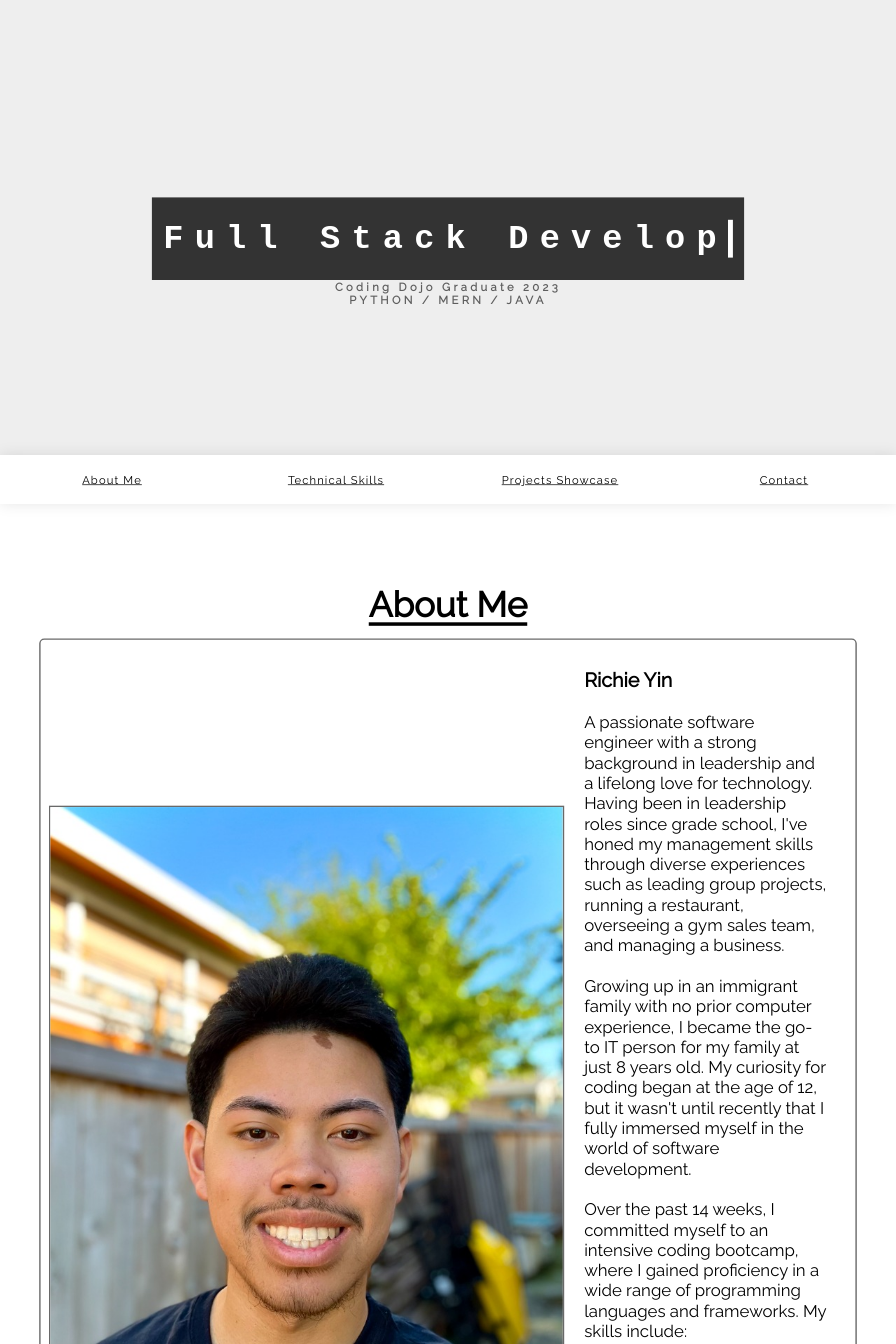
Repository: RICHIE-YIN/Personal-Portfolio
Page: index.html
These files come from the project's save history. The page is drawn as it stood at one moment and after the next save; the edit follows.
The browser window is 1280 px wide. The pictures show the part of the page from y = 0 to 1920 px (the page is 4269 px tall before and 4373 px after), at 70% of full size.
Some web fonts or font styles are not loaded; a fallback is used.

Above is the page before, as saved 2023-06-12 17:48:54.
Console error: ReferenceError: $ is not defined

### index.html
<!DOCTYPE html>
<html lang="en">
<head>
    <meta charset="UTF-8">
    <meta http-equiv="X-UA-Compatible" content="IE=edge">
    <meta name="viewport" content="width=device-width, initial-scale=1.0">
    <title>Document</title>
    <link rel="stylesheet" href="styles.css">
    <style></style>
    <style>
        @import url('https://fonts.googleapis.com/css2?family=Balsamiq+Sans&family=Raleway&family=Roboto&display=swap');
    </style>
</head>
<body>
    <div class="contianer">
        <section class="et-hero-tabs">
            <div class="typewriter">
                <h1 id="text">Richie Yin</h1>
            </div>
            <h3>Coding Dojo Graduate 2023</h3>
            <h3>PYTHON / MERN / JAVA</h3>
            <div id="navbar" class="et-hero-tabs-container">
                <a class="et-hero-tab" href="#profile-section">About Me</a>
                <a class="et-hero-tab" href="#skills-section">Technical Skills</a>
                <a class="et-hero-tab" href="#section5">Projects Showcase</a>
                <a class="et-hero-tab" href="#section7">Contact</a>
                <span class="et-hero-tab-slider"></span>
            </div>

        </section>
        <br>
        <br>
        <br>
        <br>
        <br>
        <br>
        <div id="profile-section" class="profile-section">
            <h1 id="about-me">About Me</h1>
            <br>
            <div class="profile-content">
                <img src="download.jpeg" alt="picture">
                <div class="profile-text">
                    <h3>Richie Yin</h3>
                    <br>
                    <p>A passionate software engineer with a strong background in leadership and a lifelong love for technology. Having been in leadership roles since grade school, I've honed my management skills through diverse experiences such as leading group projects, running a restaurant, overseeing a gym sales team, and managing a business.
                    <br>
                    <br>
                    <p>Growing up in an immigrant family with no prior computer experience, I became the go-to IT person for my family at just 8 years old. My curiosity for coding began at the age of 12, but it wasn't until recently that I fully immersed myself in the world of software development.
                    <br>
                    <br>
                    <p>Over the past 14 weeks, I committed myself to an intensive coding bootcamp, where I gained proficiency in a wide range of programming languages and frameworks. My skills include:</p>
                    <br>
                    <ul>
                        <li><strong>Web Fundamentals:</strong> HTML5 / CSS3 / JavaScript / jQuery</li>
                        <li><strong>Python:</strong> Python / Flask / Flask + MySQL</li>
                        <li><strong>MERN:</strong> JavaScript / MongoDB / Express / React / Node.js / Deployment</li>
                        <li><strong>Java:</strong> Java / Spring / Java + MySQL</li>
                        <li><strong>Databases:</strong> MongoDB / MySQL</li>
                        <li><strong>Extras:</strong> APIs / RESTful Routing / Git / Github</li>
                    </ul>
                    <br>
                    <a href="https://docs.google.com/document/d/1qb6DIM2U-Qcg0YsSM7015CJVzUlQM7WXHSe1P5fYUa4/edit?usp=sharing">View My Resume!</a>
                    <br>
                </div>
            </div>
        </div>
        <br>
        <br>
        <br>
        <br>
        <br>
        <br>
        <div id="skills-section" class="skills-section">
            <h2 id="technical-skills">Technical Skills</h2>
            <div class="card-container">
                <div class="card card1">
                    <h3 class="web">Web Fundamentals</h3>
                    <p>In our Web Fundamentals stack, we learned the fundamental basics of HTML/HTML5, CSS/CSS3, Basic JavaScript, and jQuery</p>
                    <ul>
                        <li>HTML 5</li>
                        <li>CSS 3</li>
                        <li>JavaScript</li>
                        <li>jQuery</li>
                        <li>Git/Github</li>
                        <li>Bootstrap</li>
                    </ul>
                </div>
                <div class="card card2">
                    <h3 class="python">Python</h3>
                    <p>In our Python stack, we learned Basic Python, Python Fundamentals, Python OOP, Flask, Flask + MySQL, and finally Full Stack CRUD Python</p>
                    <ul>
                        <li>Python</li>
                        <li>Flask</li>
                        <li>MySQL</li>
                        <li>APIs</li>
                    </ul>
                </div>
                <div class="card card3">
                    <h3 class="mern">MERN</h3>
                    <p>In our MERN stack, we learned advanced JavaScript, JavaScript Fundamentals, JavaScript OOP, Node, Node.js, MongoDB, React, and finally Full Stack CRUD MERN.</p>
                    <ul>
                        <li>MongoDB</li>
                        <li>Express</li>
                        <li>React</li>
                        <li>Node.js</li>
                        <li>JavaScript</li>
                    </ul>
                </div>
                <div class="card card4">
                    <h3 class="java">Java</h3>
                    <p>In our Java stack, we learned Java fundamentals, Java OOP, Java Spring, Java + MySQL, and finally Full Stack CRUD Java Spring.</p>
                    <ul>
                        <li>Java 8</li>
                        <li>JavaSpring</li>
                        <li>MySQL</li>
                    </ul>
                </div>
            </div>
        </div>
        <br>
        <br>
        <br>
        <br>
        <br>
        <br>
        <div class="section5" id="section5">
            <h1 id="project-showcase">Project Showcase</h1>
            <br>
            <div class="l-container">
                <!-- Add the 'onclick' attribute to each card and pass a unique ID -->
                <div class="b-game-card" onclick="openPopup('project1')">
                    <div class="b-game-card__cover" style="background-image: url(/GymBud.PNG);"></div>
                </div>
                <div class="b-game-card" onclick="openPopup('project2')">
                    <div class="b-game-card__cover" style="background-image: url(/JobHunter.PNG);"></div>
                </div>
                <div class="b-game-card" onclick="openPopup('project3')">
                    <div class="b-game-card__cover" style="background-image: url(/Grab-N-Go.PNG);"></div>
                </div>
                <div class="b-game-card" onclick="openPopup('project4')">
                    <div class="b-game-card__cover" style="background-image: url(/To-Do-List.PNG);"></div>
                </div>
            </div>
        </div>
        <br>
        <br>
        <br>
        <br>
        <br>
        <br>
        <div class="section7" id="section7">
            <h1 id="contact-me">Contact Me</h1>
            <br>
            <div class="contact-box">
                <form id="contact-form" action="https://formspree.io/f/xbjewjrk" method="POST">
                <label for="name">Name:</label>
                <input type="text" id="name" name="name" required>

                <label for="email">Email:</label>
                <input type="email" id="email" name="email" required>

                <label for="message">Message:</label>
                <textarea id="message" name="message" required></textarea>

                <button type="submit">Send Message</button>
            </form>
            </div>
        </div>
        <br>
        <br>
        <br>
        <br>
        <br>
        <br>
        <div class="section6">
            <div class="section6-container">
                <div class="project-popup" id="project1" style="display: none;">
                    <div class="project-popup-content">
                        <img src="your_gif_url_here.gif" alt="Project 1">
                        <a href="your_project_link_here" target="_blank">Check out the project</a>
                        <button onclick="closePopup('project1')">Close</button>
                    </div>
                </div>
                <div class="project-popup" id="project2" style="display: none;">
                    <div class="project-popup-content">
                        <img src="your_gif_url_here.gif" alt="Project 2">
                        <a href="your_project_link_here" target="_blank">Check out the project</a>
                        <button onclick="closePopup('project2')">Close</button>
                    </div>
                </div>
                <div class="project-popup" id="project3" style="display: none;">
                    <div class="project-popup-content">
                        <img src="your_gif_url_here.gif" alt="Project 1">
                        <a href="your_project_link_here" target="_blank">Check out the project</a>
                        <button onclick="closePopup('project3')">Close</button>
                    </div>
                </div>
                <div class="project-popup" id="project4" style="display: none;">
                    <div class="project-popup-content">
                        <img src="your_gif_url_here.gif" alt="Project 4">
                        <a href="your_project_link_here" target="_blank">Check out the project</a>
                        <button onclick="closePopup('project4')">Close</button>
                    </div>
                </div>
            </div>
        </div>
    </div>
    <script src="script.js"></script>
    <script src="https://cdnjs.cloudflare.com/ajax/libs/vanilla-tilt/1.7.0/vanilla-tilt.min.js"></script>
</body>
</html>

### styles.css

@import url('https://fonts.googleapis.com/css2?family=Balsamiq+Sans&family=Raleway&family=Roboto&display=swap');

* {
    margin: 0;
    padding: 0;
    font-family: 'Raleway', sans-serif;
}
html {
    scroll-behavior: smooth;
}


/* Extra small devices (phones, 600px and down) */
@media only screen and (max-width: 600px) {
    .container {
        width: 100%;
    }
}

/* Small devices (portrait tablets and large phones, 600px and up) */
@media only screen and (min-width: 600px) {
    .container {
        width: 85%;
    }
}

/* Medium devices (landscape tablets, 768px and up) */
@media only screen and (min-width: 768px) {
    .container {
        width: 80%;
    }
}

/* Large devices (laptops/desktops, 992px and up) */
@media only screen and (min-width: 992px) {
    .container {
        width: 75%;
        max-width: 1200px;
    }
}

/* .header {
    background-color: none;
    overflow: hidden;
    position: absolute;
    bottom: 0;
    width: 100%;
} */
.header a {
    float: right;
    color: black;
    text-align: center;
    padding: 14px 14px;
    text-decoration: none;
    font-size: 28px;
}
.header a:hover {
    background-color: black;
    color: white;
    font-size: 40px;
    font-size-adjust: 20px;
}
.header a.split {
    float: left;
}

/* GLOBAL STYLES */
.typewriter {
    background: #333;
    padding: 2em 1em;
    display: flex;
    justify-content: center;
}

.typewriter h1 {
    color: white;
    font-family: monospace;
    overflow: hidden;
    border-right: .15em solid white;
    margin: 0 auto;
    letter-spacing: .15em;
    max-width: 100%;
    white-space: nowrap;
    text-align: center;
}

/* .first-section {
    position: relative;
} */

.sticky {
    position: fixed;
    top: 0;
    z-index: 100;
}


/* The typing effect */
@keyframes typing {
from { width: 0 }
to { width: 11em }
}

/* The typewriter cursor effect */
@keyframes blink-caret {
from, to { border-color: transparent }
50% { border-color: white }
}

.typewriter h1.hidden {
display: none;
}

.profile-section {
    display: flex;
    flex-direction: column;
    align-items: center;
    padding-left: 25px;
    padding-right: 25px;
}

.profile-content {
    display: flex;
    flex-direction: row;
    flex-wrap: wrap;
    margin: 0 auto;
    align-items: center;
    justify-content: center;
    width: 90%;
    border: #696969 solid 2px;
    /* padding-right: 20px; */
    font-size:150%;
    border-radius: .3em;
    box-sizing: border-box;
    padding: 1%;
}

.profile-content img {
    /* max-width: 100%; */
    height: auto;
    max-width: 90%;
    margin: 0 auto;
    /* margin-right: 4%; */
    /* margin-left: 2%; */
    border: #696969 solid 2px;
}


.profile-text {
    flex: 1;
    padding: 2.5%;
}

.card-container {
    display: flex;
    flex-wrap: wrap;
    justify-content: center;
    /* margin: 0 -10px; */
    text-align: center;
}

.row {
    display: flex;
    justify-content: center;
    margin: 10px 10px;
}


.b-game-card



.card h3 {
    margin-top: 0;
}

.card ul {
    margin: 0;
    padding: 0;
    list-style: none;
}

.card li {
    margin-bottom: 10px;
}




.et-hero-tabs, .et-slide {
    display: flex;
    flex-direction: column;
    justify-content: center;
    align-items: center;
    height: 100vh;
    position: relative;
    background: #eee;
    text-align: center;
    padding: 0 2em;
}
.et-hero-tabs h1, .et-slide h1 {
    font-size: 2rem;
    margin: 0;
    letter-spacing: 1rem;
}
.et-hero-tabs h3, .et-slide h3 {
    font-size: 1rem;
    letter-spacing: 0.3rem;
    opacity: 0.6;
}
.et-hero-tabs-container {
    display: flex;
    flex-direction: row;
    position: absolute;
    bottom: 0;
    width: 100%;
    height: 70px;
    box-shadow: 0 0 20px rgba(0, 0, 0, 0.1);
    background: #fff;
    z-index: 10;
}
.et-hero-tabs-container--top {
    position: fixed;
    top: 0;
}
.et-hero-tab {
    display: flex;
    justify-content: center;
    align-items: center;
    flex: 1;
    color: #000;
    letter-spacing: 0.1rem;
    transition: all 0.5s ease;
    font-size: 0.8rem;
}
.et-hero-tab:hover {
    color: white;
    background: rgba(102, 177, 241, 0.8);
    transition: all 0.5s ease;
}
.et-hero-tab-slider {
    position: absolute;
    bottom: 0;
    width: 0;
    height: 6px;
    background: #66b1f1;
    transition: left 0.3s ease;
}
@media (min-width: 800px) {
    .et-hero-tabs h1, .et-slide h1 {
        font-size: 3rem;
}
    .et-hero-tabs h3, .et-slide h3 {
        font-size: 1rem;
}
    .et-hero-tab {
        font-size: 1rem;
}
}






.skills-section .card.card1 {
    /* background: linear-gradient(135deg, #F0F2F5 0%, #D9DBE1 100%); */
    width: 45%;
}

.skills-section .card.card2 {
    /* background: linear-gradient(135deg, #D9DBE1 0%, #BEC1C9 100%); */
    width: 45%;
}

.skills-section .card.card3 {
    /* background: linear-gradient(135deg, #F0F2F5 0%, #BEC1C9 100%); */
    width: 45%;
}

.skills-section .card.card4 {
    /* background: linear-gradient(135deg, #BEC1C9 0%, #F0F2F5 100%); */
    width: 45%;
}




.skills-section {
    display: flex;
    flex-direction: column;
    align-items: center;
    /* padding-left: 25px; */
    /* padding-right: 25px; */
}

.skills-section h2 {
    font-size: 2.5rem;
    margin-bottom: 2rem;
}

.card-container {
    display: flex;
    justify-content: center;
    flex-wrap: wrap;
    gap: 1.5rem;
}

.skills-section .card {
    position: relative;
    overflow: hidden;
    width: 100%;
    margin: 0 auto;
    max-width: 100%;
    height: auto;
    border-radius: 10px;
    min-width: 280px;
    /* box-shadow: 0 2px 20px rgba(0, 0, 0, 0.5); */
    transform-style: preserve-3d;
    transform: perspective(500px);
    display: flex;
    flex-direction: column;
    justify-content: space-between;
    align-items: center;
    border: #696969 2px solid;
    transition: all 0.2s ease;
}


.skills-section .card:hover {
    transform: perspective(500px) translateY(-10px);
    box-shadow: 0 4px 30px rgba(0, 0, 0, 0.5);
}

.skills-section h3 {
    font-size: 1.75rem;
    margin-bottom: 1rem;
}

.skills-section .card p {
    padding: 10px;
}


.skills-section ul {
    list-style-type: none;
    padding: 0;
    display: grid;
    grid-template-columns: repeat(2, 1fr);
    gap: 0.5rem;
}

.skills-section li {
    font-size: 0.9rem;
    text-align: center;
    background-color: rgba(18, 18, 18, 0.8);
    color: #eee;
    border-radius: 8px;
    padding: 0.5em 0.2em 0.5em 0.2em;
}

.web, .python, .mern, .java {
    text-decoration: underline;
    margin-top: 1.5%;
}

.section5 {
    width: 90%; /* Control the width of the section */
    margin: 0 auto; /* Center the section horizontally */
    padding: 20px; /* Add padding to give some space */
    /* max-width: 1200px;  */
}

.l-container {
    display: flex; /* Align the cards in a row */
    flex-wrap: wrap; /* Wrap the cards to the next line when they don't fit */
    justify-content: space-between; /* Distribute equal space between the cards */
    margin: 0 auto; /* Add some margin to the top and bottom */
}

.project-popup {
    display: none;
    position: fixed;
    top: 50%;
    left: 50%;
    transform: translate(-50%, -50%);
    z-index: 9999;
    background-color: rgba(0, 0, 0, 0.8);
    width: 100%;
    height: 100%;
    padding: 20px;
}

.project-popup-content {
    position: absolute;
    top: 50%;
    left: 50%;
    transform: translate(-50%, -50%);
    text-align: center;
    background-color: white;
    color: black;
    padding: 20px;
    border-radius: 10px;
    box-shadow: 0 5px 15px rgba(0, 0, 0, 0.3);
}

.project-popup-content img {
    max-width: 100%;
    height: auto;
}

.project-popup-content a {
    display: inline-block;
    text-decoration: none;
    color: white;
    background-color: #f6d365;
    padding: 10px 20px;
    margin-top: 15px;
    border-radius: 5px;
    transition: background-color 0.3s;
}

.project-popup-content a:hover {
    background-color: #fda085;
}

.project-popup-content button {
    display: inline-block;
    text-decoration: none;
    color: white;
    background-color: #333;
    padding: 5px 10px;
    margin-top: 15px;
    border-radius: 5px;
    border: none;
    cursor: pointer;
    transition: background-color 0.3s;
}

.project-popup-content button:hover {
    background-color: #555;
}




.l-container {
    display: grid;
    grid-template-columns: repeat(4, 1fr);
    grid-gap: 30px; /* Adjust space between the cards */
    width: 100%; /* Set the width to 100% */
    max-width: 1800px; /* Increase the container max-width */
    margin: 0 auto;
}

@media screen and (max-width: 760px) {
    .l-container {
        grid-template-columns: repeat(2, 1fr);
    }
}

.b-game-card {
    position: relative;
    /* z-index: 1; */
    width: 100%;
    padding-bottom: 56.25%; /* Adjust the aspect ratio to 16:9 */
    perspective: 1000px;
    display: inline-block;
    vertical-align: top;
    border: #000 solid 2px;
}

.b-game-card__cover {
    position: absolute;
    /* z-index: 1; */
    top: 0;
    left: 0;
    width: 100%; /* Set the width to 100% */
    height: 100%; /* Set the height to 100% */
    overflow: hidden;
    background-image: linear-gradient(120deg, #f6d365 0%, #fda085 100%);
    background-size: cover;
    background-position: center;
    perspective-origin: 50% 50%;
    transform-style: preserve-3d;
    transform-origin: top center;
    will-change: transform;
    transform: skewX(0.001deg);
    transition: transform 0.35s ease-in-out;
}


.b-game-card__cover::after {
    display: block;
    content: "";
    position: absolute;
    z-index: 100;
    top: 0;
    left: 0;
    width: 100%;
    height: 120%;
    background: linear-gradient(226deg, rgba(255, 255, 255, 0.4) 0%, rgba(255, 255, 255, 0.4) 35%, rgba(255, 255, 255, 0.2) 42%, rgba(255, 255, 255, 0) 60%);
    transform: translateY(-20%);
    will-change: transform;
    transition: transform 0.65s cubic-bezier(0.18, 0.9, 0.58, 1);
}
.b-game-card:hover .b-game-card__cover {
    transform: rotateX(7deg) translateY(-6px);
}
.b-game-card:hover .b-game-card__cover::after {
    transform: translateY(0%);
}
.b-game-card::before {
    display: block;
    content: "";
    position: absolute;
    top: 5%;
    left: 5%;
    width: 90%;
    height: 90%;
    background: rgba(0, 0, 0, 0.5);
    box-shadow: 0 6px 12px 12px rgba(0, 0, 0, 0.4);
    will-change: opacity;
    transform-origin: top center;
    transform: skewX(0.001deg);
    transition: transform 0.35s ease-in-out, opacity 0.5s ease-in-out;
}
.b-game-card:hover::before {
    opacity: 0.6;
    transform: rotateX(7deg) translateY(-6px) scale(1.05);
}

.gif-container {
    margin-bottom: 20px;
}

.link-container {
    display: flex;
    flex-direction: column;
    align-items: center;
    gap: 10px;
}

/* General styles */
body {
    font-family: Arial, sans-serif;
}

.section7 {
    /* background-color: #f8f8f8; */
    display: flex;
    flex-direction: column;
    align-items: center;
    /* padding: 25px 0; */
    width: 90%; /* Decreased from 100% */
    margin: 0 auto; /* Centers the section if width is less than 100% */
}

.contact-box {
    display: flex;
    flex-direction: column;
    align-items: center;
    justify-content: center;
    width: 75%;
    border: #696969 solid 1.5px;
    padding: 10px;
    border-radius: .5em;
    margin: 0 auto;
}

form {
    display: grid;
    gap: 15px;
    width: 100%;
}

input[type="text"],
input[type="email"],
textarea {
    /* width: 100%;  */
    padding: 10px;
    border: 1px solid #ccc;
    border-radius: 3px;
    font-size: 14px;
    font-family: inherit;
}

textarea {
    resize: vertical;
    min-height: 100px;
}

/* Button styles */
button[type="submit"] {
    width: 100%;
    background-color: #959595;
    color: white;
    padding: 20px 20px;
    border: none;
    border-radius: 4px;
    cursor: pointer;
    font-size: 16px;
    transition: background-color 0.3s;
}

button[type="submit"]:hover {
    background-color: #555555;
}


.profile-section .profile-content,
.skills-section .card-container,
.section5 .l-container,
.section7 .contact-box {
  width: 95%; /* Adjust as needed */
  max-width: 1600px; /* Adjust as needed */
  margin: 0 auto; /* This will center the content */
}

.skills-section .card-container {
    display: flex; /* Align the cards in a row */
    flex-wrap: wrap; /* Wrap the cards to the next line when they don't fit */
    justify-content: space-between; /* Distribute equal space between the cards */
}

#about-me, #technical-skills, #contact-me, #project-showcase {
    font-size: 50px;
    text-align: center;
    text-decoration: underline;
    text-underline-offset: 0.15em;
}

Loaded but not shown: script.js (163 lines, source omitted)

After the next save:
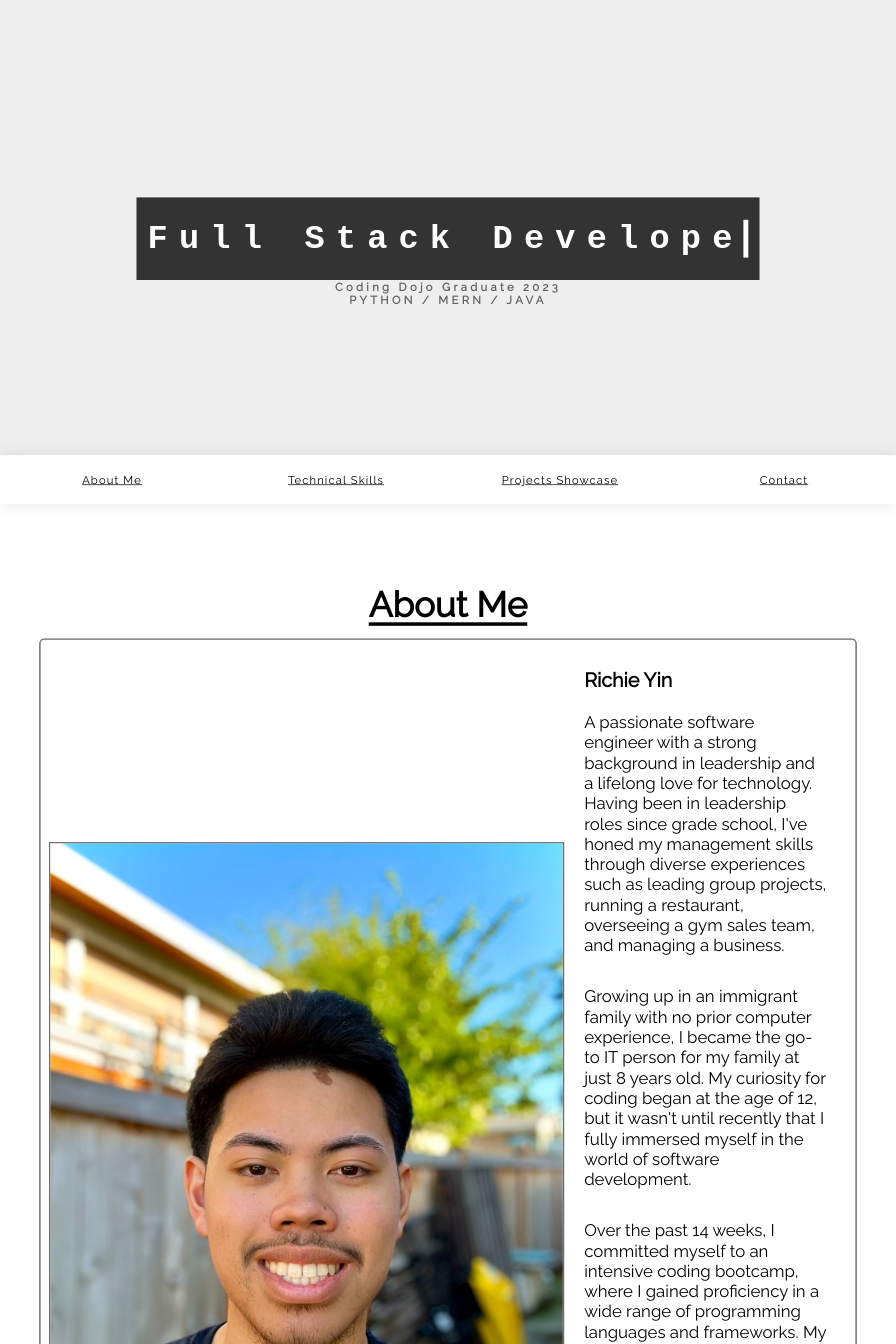
Saved 2 min 0 s later.
--- a/styles.css
+++ b/styles.css
@@ -150,6 +150,19 @@ display: none;
 .profile-text {
     flex: 1;
     padding: 2.5%;
+}
+
+.profile-text ul {
+    padding-left: 20px;
+    margin-bottom: 0;
+}
+
+.profile-text ul li {
+    margin-bottom: 5px;
+}
+
+.profile-text p {
+    margin-bottom: 15px;
 }
 
 .card-container {
